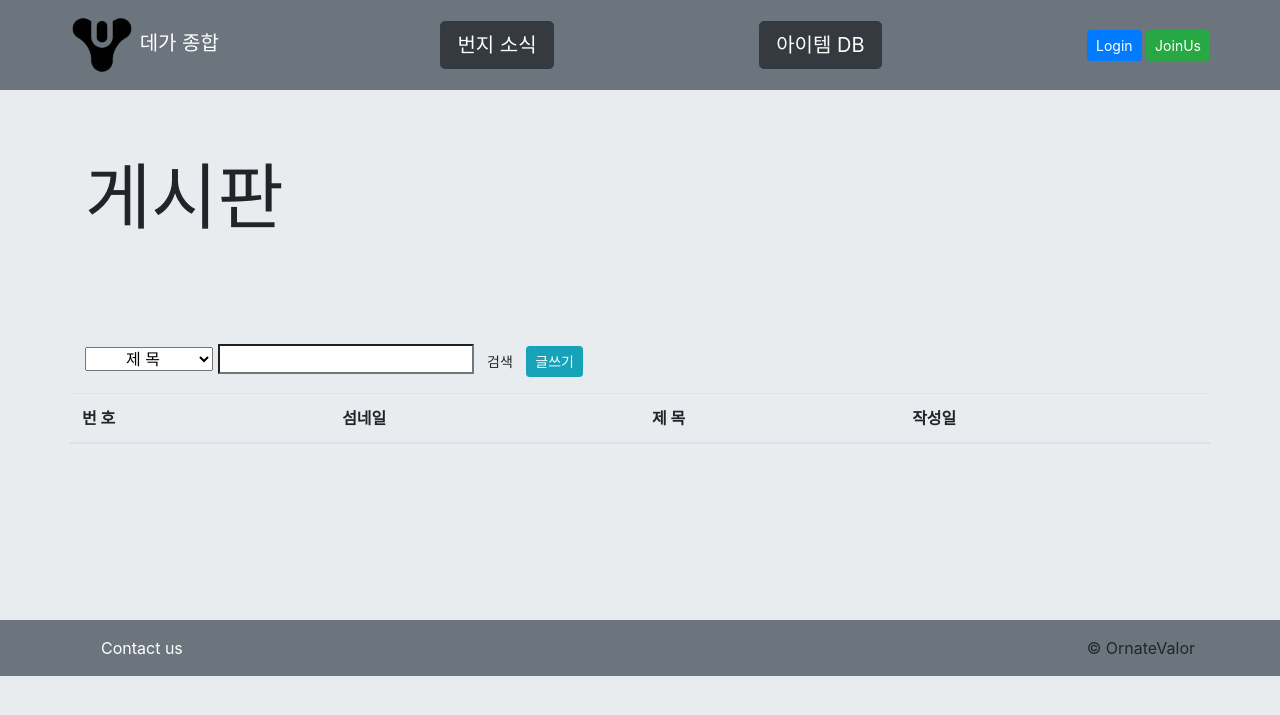
Repository: OrdnateValor/DegaTotal
Page: http://localhost/mini/post/postList.jsp
The author's editor kept a copy of each file at every save. The page is drawn from the files as they stood at one save, then again after the next save.
The browser window is 1280 px wide. The pictures show the whole page.
The page is served by Tomcat 9. Other server files are loaded and not shown. The template is opened directly, without the code that normally fills it, so the values that code supplies are empty.

Above is the page before, as saved 2021-09-26 05:26:34.

### mini/src/main/webapp/post/postList.jsp
<%@ page language="java" contentType="text/html; charset=UTF-8"
	pageEncoding="UTF-8"%>
<%@ page import="java.util.*"%>
<%@ page import="mini.dto.Post"%>
<!DOCTYPE html>
<html>
<head>
<meta charset="UTF-8">
<title>번지 소식</title>
<body>
	<%@include file="../include/header.jsp"%>
	<!-- msg 값이 있는 경우, alert로 msg 출력 -->
	<c:if test="${msg != null }">
		<script>
			alert('${msg}');
		</script>
		<%
		session.removeAttribute("msg");
		%>
	</c:if>
	<div class="jumbotron">
		<div class="container">
			<h1 class="display-3">게시판</h1>
		</div>
	</div>
	<div class="container">
		<div class="row">
			<!-- 등록된 게시물이 없는 경우 - 알림 메시지 표시 -->
			<c:choose>
				<c:when test="">
					등록된 게시물이 없습니다.
				</c:when>
				<c:otherwise>
					<!-- 게시물이 있는 경우 -->
					<div class="col-12 row mb-3">
						<div class="col-8">
							<select>
								<option>제 목</option>
								<option>내 용</option>
								<option>제목+내용</option>
							</select> <input type="search" id="searchbar" name="keyword" /> <input
								type="submit" value="검색" class="btn btn-default btn-sm">
								<a href="/PostWriteForm.do" class="btn btn-info btn-sm">글쓰기</a>
						</div>
					</div>
					<!-- 게시물을 테이블 형태로 출력 -->
					<table class="table table-hover">
						<thead>
							<tr>
								<th>번 호</th>
								<th>섬네일</th>
								<th>제 목</th>
								<th>작성일</th>
							</tr>
						</thead>
						<tbody>
							<c:forEach items="${postList }" var="post">
								<tr
									onclick="location.href = '/PostView.do?postId=${post.postId}'">
									<td>${post.postId }</td>
									<td>${post.postThumb }</td>
									<td>${post.postSub }</td>
									<td>${post.regDate }</td>
								</tr>
							</c:forEach>
						</tbody>
					</table>
				</c:otherwise>
			</c:choose>
		</div>
	</div>
	<%@include file="../include/footer.jsp"%>
</body>
</html>

### mini/src/main/webapp/include/header.jsp
<%@ page language="java" contentType="text/html; charset=UTF-8"
	pageEncoding="UTF-8"%>
<%@ taglib prefix="fmt" uri="http://java.sun.com/jsp/jstl/fmt"%>
<%@ taglib prefix="c" uri="http://java.sun.com/jsp/jstl/core"%>
<script src="https://code.jquery.com/jquery-3.6.0.min.js"></script>
<script src="/resources/script.js"></script>
<link rel="stylesheet"
	href="https://cdn.jsdelivr.net/npm/bootstrap@4.4.1/dist/css/bootstrap.min.css">
<link rel="stylesheet" type="text/css" href="../include/OVStyle.css">
<nav class='navbar sticky-top navbar-expand navbar-dark bg-secondary'>
	<div class="container">
		<div class="navbar-header">
			<a class="navbar-brand" href="/main.jsp"><img class="nav-item"
				src="/resources/imgs/destiny2_icon_384.png" width="64"> 데가 종합</a>
		</div>
		<a class="btn btn-dark btn-lg" href="#">번지 소식</a> <a
			class="btn btn-dark btn-lg" href="/itemList.do">아이템 DB</a>

		<div>
			<c:choose>
				<c:when test="${sid != null }">
					<!-- 로그인 상태 -->
					<div class="nav-item d-flex justify-content-around">
						<a href="/Member/userMypage.jsp"> <img
							src="/resources/imgs/${userImg }" class="image" width="48rem">
						</a>
						<div class="align-self-center">
							<a href="/Member/userMypage.jsp" class="col-sm-4"
								style="color: white; font-weight: bold;"> ${userNm } 님</a> <a
								href="javascript:logout()" class="btn btn-sm btn-primary">로그아웃</a>
						</div>

					</div>
				</c:when>
				<c:otherwise>
					<!-- 로그아웃 상태 -->
					<a class="btn btn-primary btn-sm" href="/Member/loginUser.jsp">Login</a>
					<a class="btn btn-success btn-sm" href="/Member/userJoin.jsp">JoinUs</a>
				</c:otherwise>
			</c:choose>
		</div>
	</div>
</nav>

### mini/src/main/webapp/include/footer.jsp
<style>
.footer{
	position: sticky;
	bottom:0;
	width: 100%;
	margin-top: 10rem;
}

a {
	color: white !important;
}
</style>
<footer class='navbar navbar-dark bg-secondary footer'>
	<div class="container">
		<a class="nav-item nav-link"
			href="https://www.bungie.net/7/ko/User/Profile/254/19164972/OrnateValor">Contact
			us</a> &copy; OrnateValor
	</div>
</footer>

### mini/src/main/webapp/include/OVStyle.css
@charset "UTF-8";

textarea {
	resize: none
}

body {
	background: #E9ECEF;
	height: 100%;
	width: 100%;
}

.ico {
	margin-left: 1rem;
	margin-right: 1rem;
	background: #343a40;
	border-radius: 70px;
}

.perk_set {
	border-collapse: separate;
	border-spacing: 0 1rem;
}

.perk_Ico {
	width: 20%;
}

.item_perk {
	width: 80%;
	color: white;
	padding-top: 10px;
	padding-bottom: 10px;
	padding-left: 10px;
	padding-right: 10px;
	background: #343a40;
	border-radius: 10px;
}

.item_perk textarea {
	padding: 1px;
	width: 35rem;
}

.item_perk input {
	width: 10rem;
}

select {
	text-align: center;
	width: 8rem;
}

.statNm {
	width: 30%
}

.statNm input {
	width: 8rem;
}

.comment-box {
	padding: 1rem;
	width: 90%;
	border: 1px solid black;
	background: #6c757d;
	margin:auto;
}

.comment-box .btn{
	height: 2.5rem;
}

.comment-input-box {
	resize: none;
	border: 1px solid black;
	width: 30rem;
}

.comment-output-box {
	resize: none;
	width: 30rem;
	background: #E9ECEF;
}

.comment-user-box{
	padding-right:1rem;
	padding-left:1rem;
	width: 10rem;
	height: 2rem;
	border: 1px solid black;
	border-radius: 5px;
	background: secondary;
	text-align: center;
	background: #343a40;
	color: white;
	font-weight: bold;
}

.need-login{
	color: white;
	font-weight: bold;
}

### mini/src/main/webapp/resources/script.js
//회원 관련

function addUserChk() {
	//var email_rule = /^[0-9a-zA-Z]([-_.]?[0-9a-zA-Z])*@[0-9a-zA-Z]([-_.]?[0-9a-zA-Z])*.[a-zA-Z]{2,3}$/i;
	var userEmail = "";
	//비밀번호 일치여부 확인
	if ($('#userPw').val() != $('#pwConfirm').val()) {
		alert('비밀번호가 일치하지 않습니다!');
		$('#pwConfirm').focus;
		return false;
	}
	//이메일 합치기
	if (!$('#emailId').val()) {
		alert("이메일을 입력해 주세요")
		$('#emailId').focus;
		return false;
	}
	if (!$('#Domain').val()) {
		alert("도메인을 선택해 주세요")
		$('#Domain').focus;
		return false;
	}
	userEmail = $('#emailId').val() + $('#Domain').val();
	$('#userEmail').val(userEmail);
	//비밀번호가 일치하고 이메일 합치기가 완료되면 폼 전송
	$('form').submit();
}

function upUserChk() {
	//비밀번호 일치여부 확인
	if ($('#userPw').val() != $('#pwConfirm').val()) {
		alert('비밀번호가 일치하지 않습니다!');
		$('#pwConfirm').focus;
		return false;
	}
	//폼 전송
	$('form').submit();
}

function logout() {
	if (confirm("로그아웃하시겠습니까?")) {
		location.href = "/Member/userLogout.jsp";
	}
}

function delUserChk(userId) {
	//회원탈퇴 의사 확인
	if (confirm("정말 탈퇴하시겠습니까?")) {
		location.href = "/Member/userDelete.jsp?userId=" + userId;
	}
}

//아이템 DB관련

function delItemChk(itemId) {
	//아이템 삭제 확인
	if (confirm("정말 삭제하시겠습니까?")) {
		location.href = "/itemDel.do?itemId=" + itemId;
	}
}

function modItemChk() {
	//아이템 수정 확인
	if (confirm("이대로 수정하시겠습니까?")) {
		$('form').submit();
	}
}

function addItemChk() {
	//아이템 추가 확인
	if (confirm("이대로 게시하시겠습니까?")) {
		$('form').submit();
	}
}

//코멘트 관련
function commentChk() {
	if (!$('#userCmt').val()) {
		alert('내용을 입력하세요');
		$('#userCmt').focus;
	}
	else if (!$('#userId').val()) {
		alert('로그인이 필요한 서비스입니다.');
		location.href = "/Member/loginUser.jsp";
	}
	else if (!$('#postId').val()) {
		alert('비정상적인 접근입니다.');
		location.href = "/itemList.do";
	}
	else {
		/*
		var userCmt = $('#userCmt').val();
		var userNm = $('#userNm').val();
		var userId = $('#userId').val();
		var postId = $('#postId').val();*/

		/*
		console.log('댓글 입력 성공');
		console.log('내용 : ' + userCmt);
		console.log('작성자 : ' + userId);
		console.log('닉네임 : ' + userNm);
		console.log('게시물번호 : ' + postId);*/


		$('form').submit();
	}
}

function cmtDelChk(cmtNum, itemId) {
	//코멘트 삭제 확인
	if (confirm("댓글을 지우시겠습니까?")) {
		location.href = "/delCmt.do?cmtNum=" + cmtNum + "&itemId=" + itemId;
	}
}

//게시물 관련
function addPostChk() {
	//등록 전 체크
	if (!$('#postSub').val()) {
		alert('제목을 입력 해 주세요');
		return false;
	}
	if (confirm("현재 내용으로 등록하시겠습니까?")) {
		$('form').submit();
	}

	//값 가져오기
	/*var Content = $('#content').summernote('code'); //썸머노트(설명)
	console.log("postThumb : '" + $('#postThumb').val()+"'");
	console.log("postSub : '" + $('#postSub').val()+"'");
	console.log("Content : '" + Content+"'");*/
}

function modPostChk() {
	//게시글 수정 확인
	if (!$('#postSub').val()) {
		alert('제목을 입력 해 주세요');
		return false;
	}

	if (confirm("이대로 수정하시겠습니까?")) {
		$('form').submit();
	}
}

function delPostChk(postId) {
	//게시물 삭제 체크
	if (confirm("정말 삭제하시겠습니까?")) {
		location.href = "/postDel.do?postId=" + postId;
	}
}

var entityMap = {
  '&': '&amp;',
  '<': '&lt;',
  '>': '&gt;',
  '"': '&quot;',
  "'": '&#39;',
  '/': '&#x2F;',
  '`': '&#x60;',
  '=': '&#x3D;'
};

function escapeHtml(string) {
	return String(string).replace(/[&<>"'`=\/]/g, function(s) {
		return entityMap[s];
	});
}

After the next save:
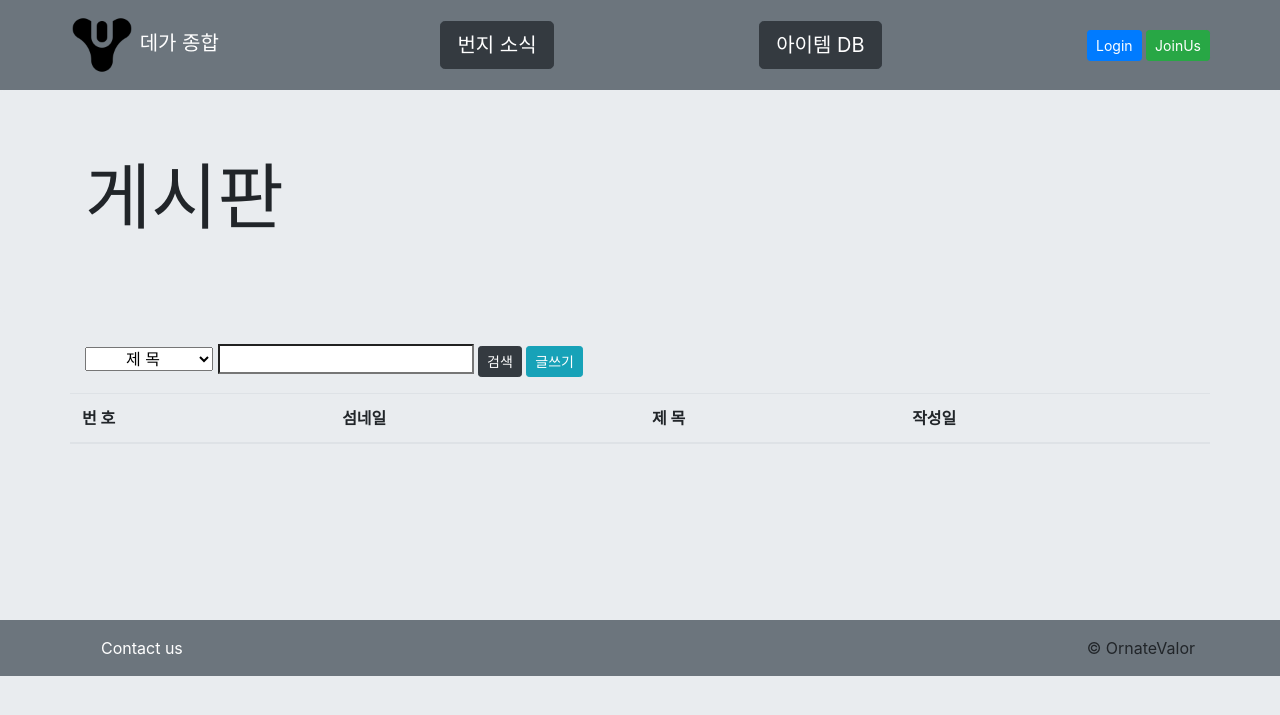
Saved 9 s later.
--- a/mini/src/main/webapp/post/postList.jsp
+++ b/mini/src/main/webapp/post/postList.jsp
@@ -39,7 +39,7 @@
 								<option>내 용</option>
 								<option>제목+내용</option>
 							</select> <input type="search" id="searchbar" name="keyword" /> <input
-								type="submit" value="검색" class="btn btn-default btn-sm">
+								type="submit" value="검색" class="btn btn-dark btn-sm">
 								<a href="/PostWriteForm.do" class="btn btn-info btn-sm">글쓰기</a>
 						</div>
 					</div>
